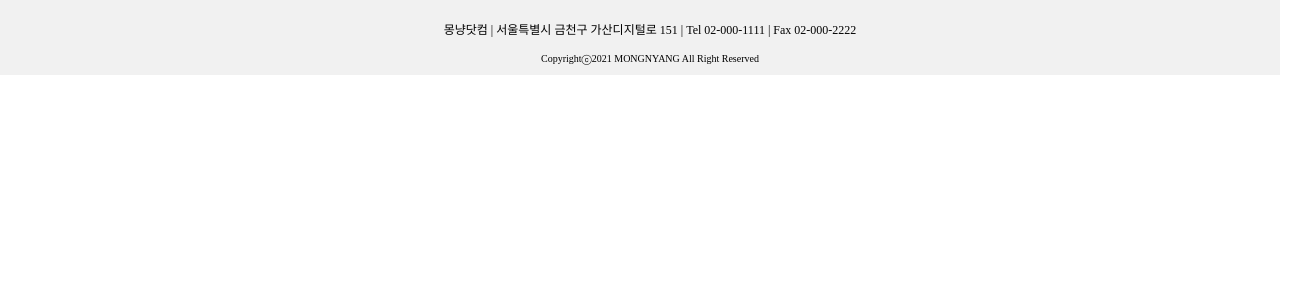
Repository: yl9517/2021.08.10_MONGNYANG_JSP
Page: http://localhost/mongNyang/footer.jsp
An editor plug-in stored every save of this project. The page is shown before and after the next save, followed by the edit.
The browser window is 1280 px wide. The page is 1300 px wide, so the pictures cover 1300 px, including what lies to the right of the window. The pictures show the whole page.
The page is served by Tomcat 9.

Above is the page before, as saved 2021-08-13 12:44:09.

After the next save:
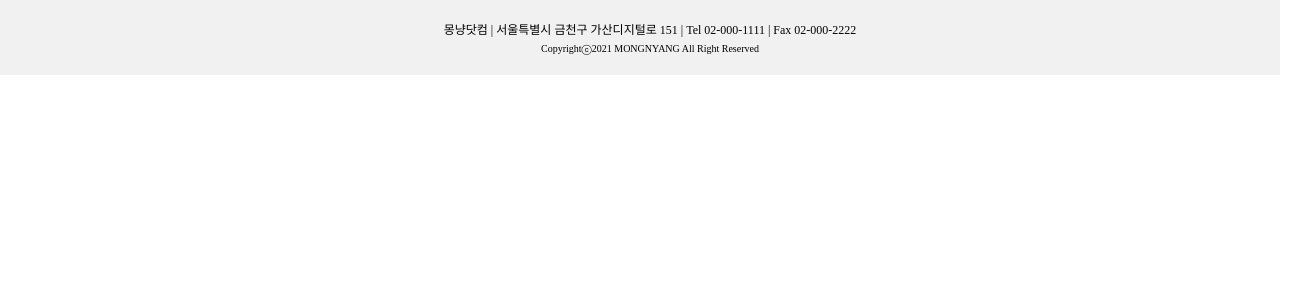
Saved 10 s later.
--- a/mongNyang/WebContent/css/footer.css
+++ b/mongNyang/WebContent/css/footer.css
@@ -25,5 +25,5 @@ footer{
 }
 #foot #shopInfo p:last-child{
 	font-size: 10px;
-	margin-top: 15px;
+	margin-top: 5px;
 }
